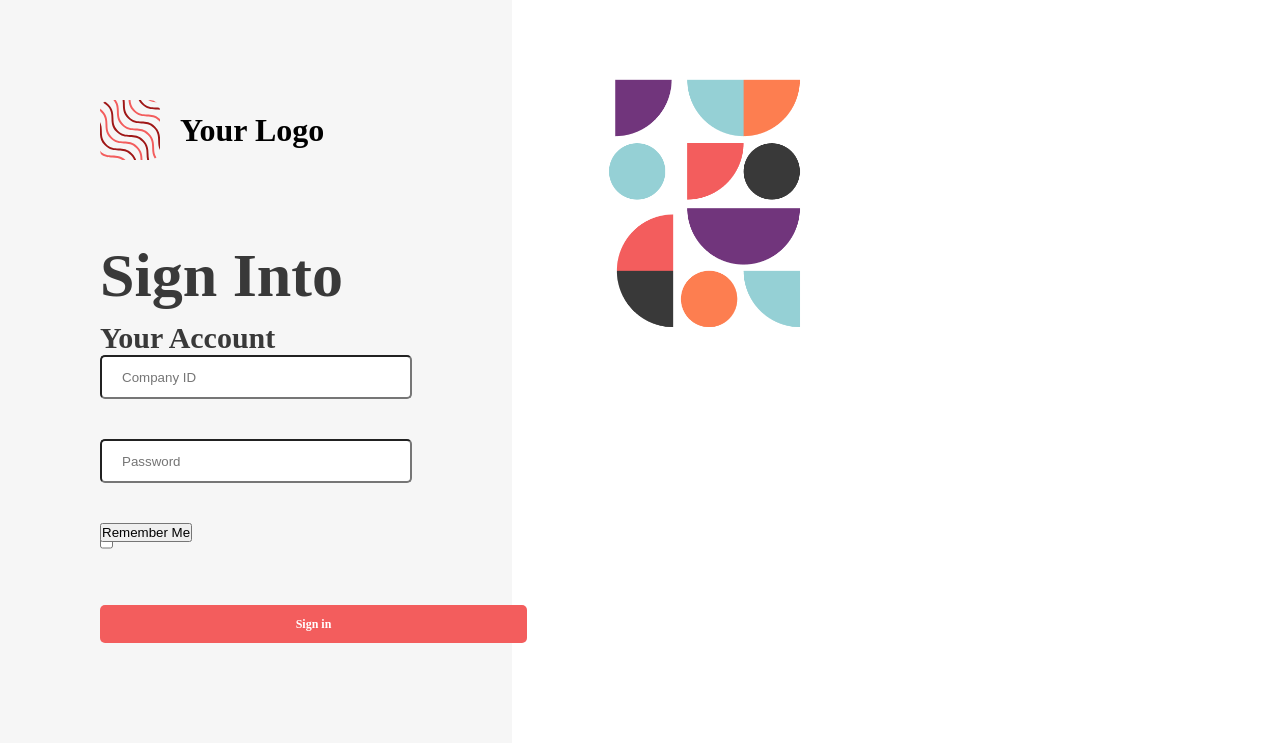
Repository: kubrazamanova/Form-lesson2
Page: index.html
The author's editor kept a copy of each file at every save. The page is drawn from the files as they stood at one save, then again after the next save.
The browser window is 1280 px wide. The pictures show the whole page.

Above is the page before, as saved 2023-10-28 10:22:13.

After the next save:
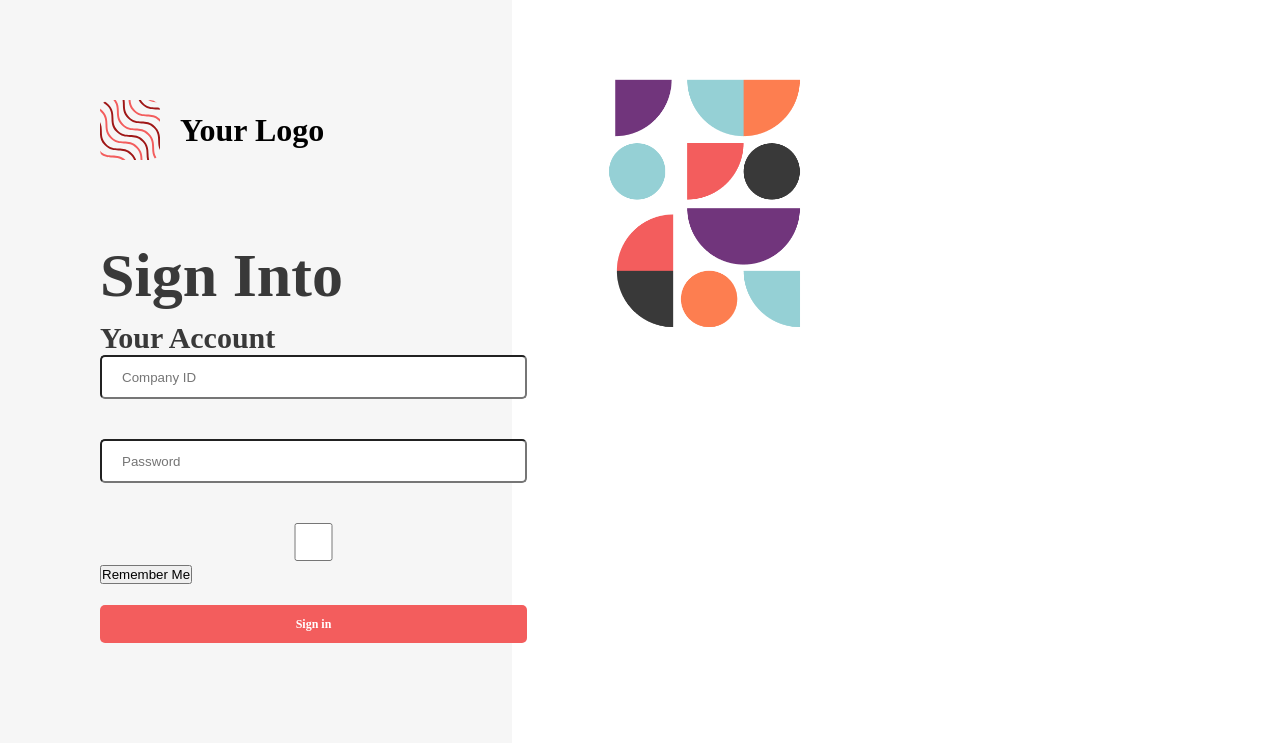
Saved 6 s later.
--- a/index.css
+++ b/index.css
@@ -56,7 +56,7 @@ min-height: 100vh;
 }
 
 .container input {
-  /* width: 427px; */
+  width: 427px;
   height: 38px;
   border-radius: 5px;
   background: #fff;
